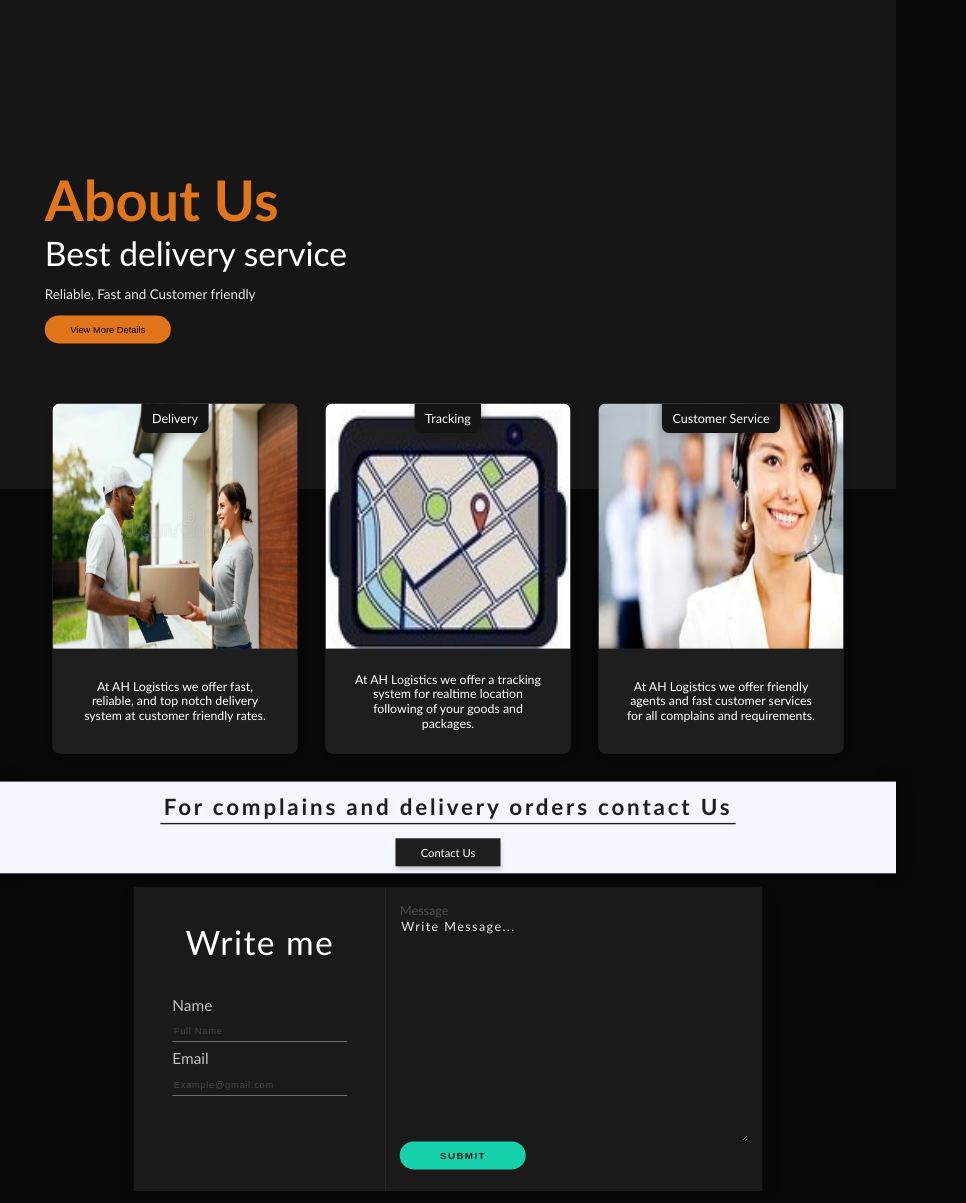
Repository: TheSecretlifeOfX/Ah-Logistics
Page: index.html
An editor plug-in stored every save of this project. The page is shown before and after the next save, followed by the edit.
The browser window is 1280 px wide. The page is 1380 px wide, so the pictures cover 1380 px, including what lies to the right of the window. The pictures show the part of the page from y = 801 to 2561 px (the page is 2519 px tall before and 2561 px after), at 70% of full size.

Above is the page before, as saved 2022-03-02 13:33:25.

### index.html
<html>
<head>
<meta charset="utf-8">
<meta http-equiv="X-UA-Compatible" content="IE-edge">
<meta name="viewport" content="width=device-width, intial-scale=1.0">
<title>Logistics Website</title>
<link rel="stylesheet" href="./css/home.css">
</head>
<body>
<section id="main">
	<nav>
	<a href="#" class="logo"><img src="images/logo.jpg"></a>
	<div class="toggle"></div>
	<ul class="menu">
	<li class="active"><a href="#main" >Home</a></li>
	<li><a href="#about">About</a></li>
	<li><a href="#services">Services</a></li>
	<li><a href="#Tracking-Form">Track</a></li>
    <li><a href="#contact-form">Contact</a></li>
	</ul>
	<a href="#" class="lang">En</a>
	</nav>
    </section>
</div>
<div class="black-line" ></div>
<section id="about">
	<div class="about-text">
	<h1>About Us</h1>
	<h2>Best delivery service</h2>
	<p>Reliable, Fast and Customer friendly</p>
	<button>View More Details</button>
	</div>
</section>
<section id="services">
<div class="s-heading">
<h1>Services</h1>
<p>Here Is The Some Services Which we provide our customers</p>
</div>
<div class="b-container">
<div class="s-box">
<div class="s-b-img">
    <div class="s-type">Delivery</div>
    <img src="images/delivery.jpg">
</div>
<div class="s-b-text">
<a href="#">At AH Logistics we offer fast, reliable, and top notch delivery system at customer friendly rates.</a>
</div>
</div>
<div class="s-box">
<div class="s-b-img">
    <div class="s-type">Tracking</div>
    <img src="images/track.jpg">
</div>
<div class="s-b-text">
<a href="#">At AH Logistics we offer a tracking system for realtime location following of your goods and packages.</a>
</div>
</div>
<div class="s-box">
<div class="s-b-img">
    <div class="s-type">Customer Service</div>
    <img src="images/customer.jpg">
</div>
<div class="s-b-text">
<a href="#">At AH Logistics we offer friendly agents and fast customer services for all complains and requirements.</a>
</div>
</div>
</div>
</div>
<section id="contact-btn">
<h1 class="c-b-heading">For complains and delivery orders contact Us</h1>
    <button >Contact Us</button>
</section>
<!--contact-form------------------->
<section id="contact-form">
<form>
<!--left--------------------------------------->
<div class="contact-left">
<h1 class="c-l-heading">Write me</h1>
<div class="f-name">
<font >Name</font>
<input type="text" placeholder="Full Name"/>
</div>
<div class="f-email">
<font >Email</font>
<input type="email" placeholder="Example@gmail.com"/>
</div>
</div>
<div class="contact-right">

<div class="message">
<font >Message</font>
<textarea name="message" rows="5" cols="20" placeholder="Write Message..."></textarea>
<button>Submit</button>
</div>
</form>
</section>
</section>
</body>
</html>

### css/home.css
/*body{
    background-color:gray;
}*/
body{
margin:0px;
padding:0px;
/*background-image:url("../images/AhLogic.jpg");*/
background-position: 60%;
background-color: #080808;
background-size: 80%;
min-height: 100vh;
}
ul{
list-style:none;
}
a{
text-decoration:none;
}
#main{
padding:30px 50px;
position:relative;
width:100%;
height: 100vh;
/*box-sizing: border-box;
/*background-size: 1330px;
background-position: right bottom;
background-repeat: no-repeat;
background-image: url("../images/AhLogic.jpg");
background-color: #edf1fd;*/
}
nav{
display:flex;
justify-content: space-between;
align-items: center;
text-transform: uppercase;
font-weight: 600;
letter-spacing: 2px;
font-family: calibri;
top: 0;
left: 10px;
width:100%;
box-sizing: border-box;
padding: 5px 60px;
background-color:#e0751c;
box-shadow:2px 2px 12px rgba(0,0,0,0.05);
z-index: 1;
border-radius: 50px;
}
.menu{
display: flex;
}
.menu li a{
padding: 10px 25px;
color:#f8f8fa;
font-size: 12px;

}
.lang{
color:#f3ecec;
}
.logo > img {
    width: 100%;
    height: 100%;
    max-width: 150px;
    display: flex;
    justify-content: center;
    align-items: center;
    text-align: center;
    margin-left: 0px;
    border-radius: 5px;
     }
.toggle{
display: none;
}
.active a,
.menu li a:hover{
background-color:#292929;
color:#FFF!important;
font-weight: bold;
transition: all ease 0.4s;
}
.black-line {
    align-self: end;
    width: 50%;
    height: 15%;
    margin-bottom: 4em;
    position: absolute;
      bottom:0px;
      left: -3%;
      border-right: 1px solid  rgba(41,41,41,0.30);
  }

  .black-line::after{
    content: ' ';
    position: absolute;
    width: 0;
    height: 0;
    border-style: solid;
    border-width: 11px 11px 0 11px;
   border-color:  #292929 transparent transparent transparent;
    right: -.7em;
    bottom: -2px;
  }
  #about{
	width:100%;
	height: 100vh;
	background-color:#161616;
	box-sizing: border-box;
	display: flex;
	align-items: center;
	justify-content: space-between;
	padding: 50px 5% 0px 5%;
	position: relative;
}
.about-text{
	font-family: calibri;
	width: 50%;
}
.about-text h1{
	font-size: 5rem;
	color:#e0751c;
}
.about-text h2{
	font-size: 3rem;
	color:#FFFFFF;
	font-weight: 400;
}
.about-text h1,h2{
	margin: 0px;
	padding: 0px;
}
.about-text p{
	font-size: 1.2rem;
	color:rgba(255,255,255,0.90);

}
.about-text button{
	width: 180px;
	height: 40px;
	border-radius: 20px;
	border: none;
	outline: none;
	background-color:#e0751c;
}
.about-text button:hover{
	background-color: #FFFFFF;
	transition: all ease 0.3s;
}
#services{
    width:100%;
height:100vh;
box-sizing: border-box;
font-family: calibri;
display: flex;
flex-direction: column;
align-items: center;
justify-content: center;
padding-top: 40px ;
}
.s-heading p{
font-size: 1.2rem;
	color:rgba(255,255,255,0.90);
}

#portfolio{
	width:100%;
	box-sizing: border-box;
	font-family: calibri;
	display: flex;
	flex-direction: column;
	align-items: center;
	justify-content: center;
	padding: 60px 2% 20px 2%;
}

.p-headind{
	font-family: calibri;
	font-size: 1.7rem;
	text-align: center;
	color:#FFFFFF;
	font-weight: 400;
	padding: 10px 20px;
	background-color: #292929;
	letter-spacing: 2px;
	border-radius: 3px;
	box-shadow: 2px 2px 20px rgba(0,0,0,0.1);

}
.p-box{

	background-color: #1F1F1F;
	overflow: hidden;
	border-radius: 10px;
	box-shadow: 2px 2px 13px rgba(0,0,0,0.3);
	position: relative;

}

.s-heading h1{
color:#FFFFFF;
font-size: 3rem;
margin: 0px;
padding: 0px;

}
.s-heading p{
color:rgba(255,255,255,0.30);
font-size: 1rem;
margin: 0px;
padding: 0px;
}
.s-heading{
text-align: center;
margin: 20px 0px;
}
.s-box{
background-color: #2B2B2B;
width:350px;
height: 500px;
margin: 20px;
border-radius: 10px;
overflow: hidden;
box-shadow: 2px 2px 12px rgba(0,0,0,0.1);
position: relative;
}
.b-container{
display: flex;
justify-content: center;
align-content: center;


}
.s-b-img{
width: 100%;
height: 70%;

}
.s-b-img img{
width:100%;
height: 100%;

}
.s-b-text{
width: 100%;
height: 30%;
background-color:#1E1E1E;
display:flex;
justify-content: center;
align-items: center;
text-align: center;
}
.s-b-text a{
margin: 0px;
color:#FFFFFF;
font-size: 1.1rem;
font-family: calibri;
display: block;
display: -webkit-box;
max-width: 80%;
-webkit-line-clamp: 4;
-webkit-box-orient: vertical;
overflow: hidden;
text-overflow: ellipsis;
}
.s-b-text a:hover{
color:rgba(255,255,255,0.50)
}
.s-type{
font-family: calibri;
color:#FFFFFF;
background-color: #151515;
padding: 10px 15px;
position: absolute;
top: 0px;
left: 50%;
transform: translateX(-50%);
font-size: 18px;
border-radius: 0px 0px 10px 10px;
box-shadow: 2px 2px 12px rgba(0,0,0,0.2);
}
.s-box:hover{
transform:translateY(-10px);
transition: all ease 0.3s;
}
#contact-btn{
	width: 100%;
	display: flex;
	flex-direction: column;
	justify-content:center;
	align-items: center;
	height: 200px;
	background-color: #F4F7FF;
	margin: 20px 0px;
	box-sizing: border-box;
	box-shadow:2px 0px 20px rgba(0,0,0,0.4);
}
.c-b-heading{
	font-size: 2rem;
	color:#1E1E1E;
	font-family: calibri;
	margin: 10px;
	padding: 5px;
	letter-spacing: 4px;
	border-bottom: 2px solid #1E1E1E;

}
#contact-btn button{
	color:#FFFFFF;
	font-size: 1rem;
	font-family: calibri;
	width:150px;
	height: 40px;
	margin: 10px;
	background-color: #1E1E1E;
	border: none;
	outline: none;
	box-shadow: 2px 5px 6px rgba(0,0,0,0.2);
}
#contact-btn button:hover{
	background-color: #17d1ac;
	color:#000000;
	transition: all ease 0.5s;
	font-weight: bold;
}
#contact-form{
	width: 100%;
	height: 90vh;
	display: flex;
	justify-content: center;
	align-items: center;

}
#contact-form form{
	display: flex;
	width: 70%;
	height: 60vh;
	background-color: #1A1A1A;
	box-shadow: 2px 12px 20px rgba(0,0,0,0.2);
	border: 1px solid rgba(255,255,255,0.01)
}

.contact-left{
	width: 40%;
	height: 100%;
	display: flex;
	flex-direction: column;
	align-items: center;
}
.contact-right{
	width: 60%;
	height: 100%;
	box-sizing: border-box;
	display: flex;
	flex-direction: column;
	justify-content: space-between;
	border-left: 1px solid rgba(255,255,255,0.08);
}
.contact-right button{
	width: 100%;
	height: 50px;
	background-color: #e0751c;
	font-weight: bold;
	outline: none;
	border: none;
	margin: 0px;
	color:#1B1B1B;
	font-size: 14px;
	text-transform: uppercase;
	letter-spacing: 2px;

}
.c-l-heading{
	font-family: calibri;
	color:#FFFFFF;
	font-size: 3rem;
	letter-spacing: 2px;
	font-weight: 400;

}
.f-name,.f-email{
	display: flex;
	flex-direction: column;
	font-family: calibri;

}
.f-name font,.f-email font{
	color:#BFBFBF;
	font-size: 22px;
}
.f-name input,.f-email input{
	height: 30px;
	width:250px;
	border: none;
	outline: none;
	background-color:transparent;
	border-bottom: 1px solid #929292;
	color:#FFFFFF;
	margin: 10px 0px;
}
.f-email input::placeholder,
.f-name input::placeholder{
	opacity: 0.5;
	letter-spacing: 1px;
}
.f-email input:focus,
.f-name input:focus{
	border-bottom: 1px solid #0d0e0d;
	transition: all ease 0.5s;
}.message font{
	font-size: 18px;
	color:#4E4E4E;
	font-family: calibri;

}
.message{
	margin: 20px;
}
.contact-right textarea{
	width: 100% !important;
	height: 320px !important;
	border: none;
	outline: none;
	background-color:transparent;
	box-sizing: border-box;
	color:#EBEBEB;
	font-size: 16px;
}
.contact-right textarea::placeholder{
	color:#EBEBEB;
	font-size: 18px;
	letter-spacing: 2px;
	font-family: calibri;
}
.contact-right button:active{
	transform: scale(1.04);
	transition: all ease 0.1s;
}
.message button{
	width: 180px;
	height: 40px;
	border-radius: 20px;
	border: none;
	outline: none;
	background-color:#17d1ac;
}
  .message button:hover{
    background-color: #d8d8e4;
    transition: all ease 0.3s;
  }

After the next save:
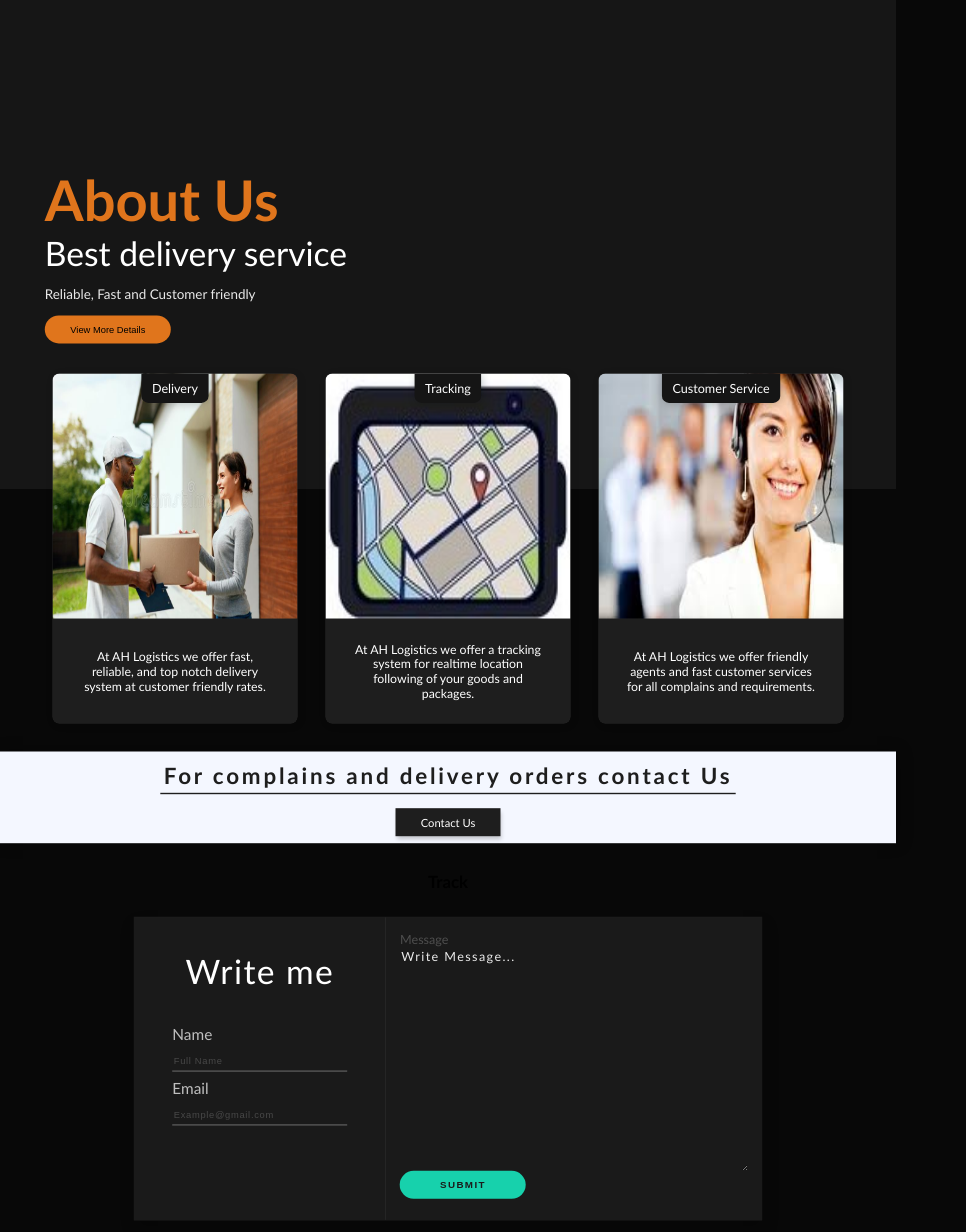
Saved 21 min 59 s later.
--- a/index.html
+++ b/index.html
@@ -70,6 +70,11 @@
 <h1 class="c-b-heading">For complains and delivery orders contact Us</h1>
     <button >Contact Us</button>
 </section>
+<section id=Tracking-Form></section>
+<form>
+<div class="Track-left">
+<h1 class=T-1-Heading>Track</h1></div>
+</form>
 <!--contact-form------------------->
 <section id="contact-form">
 <form>
